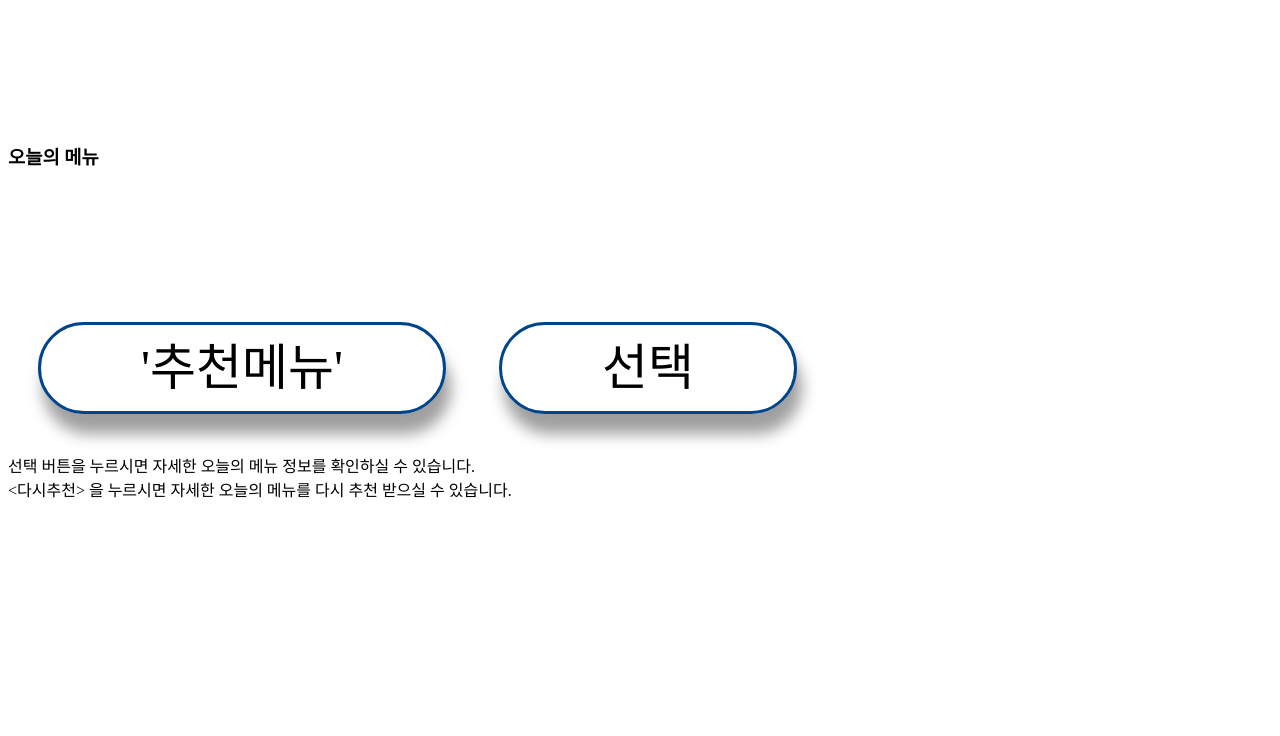
Repository: hkh00700/JustDoEat_Web
Page: http://localhost/justdoeat/WEB-INF/views/home.jsp
An editor plug-in stored every save of this project. The page is shown before and after the next save, followed by the edit.
The browser window is 1280 px wide. The pictures show the whole page.
The page is served by Tomcat 9. Nobody is signed in. Other server files are loaded and not shown. The template is opened directly, without the code that normally fills it, so the values that code supplies are empty.

Above is the page before, as saved 2021-05-18 02:36:04.

### justdoeat/src/main/webapp/WEB-INF/views/home.jsp
<%@ taglib uri="http://java.sun.com/jsp/jstl/core" prefix="c" %>
<%@ page language="java" contentType="text/html; charset=UTF-8"
    pageEncoding="UTF-8"%>
<html>
<head>
	<title>Home</title>
<style type="text/css">
.content {
height: 720px;
}

h3{
height: 300px;
line-height: 300px;
}
.content a{
width: 600px;
height: 120px;
margin: 40px 23px 42px 30px;
padding: 15px 100px 15px 100px;
border-radius: 60px;
box-shadow: 5px 20px 15px 0 rgba(0, 0, 0, 0.38);
border: solid 3px #00458a;
text-align: center;
font-size: 50px;
}

</style>
</head>
<body>
	<div class="content">
		<h3>오늘의 메뉴</h3>
		<a>'추천메뉴'</a><a>선택</a>
		<br/><br/><br/><br/>
		선택 버튼을 누르시면 자세한 오늘의 메뉴 정보를 확인하실 수 있습니다.<br/>
		<다시추천> 을 누르시면 자세한 오늘의 메뉴를 다시 추천 받으실 수 있습니다.

	</div>
</body>
</html>

After the next save:
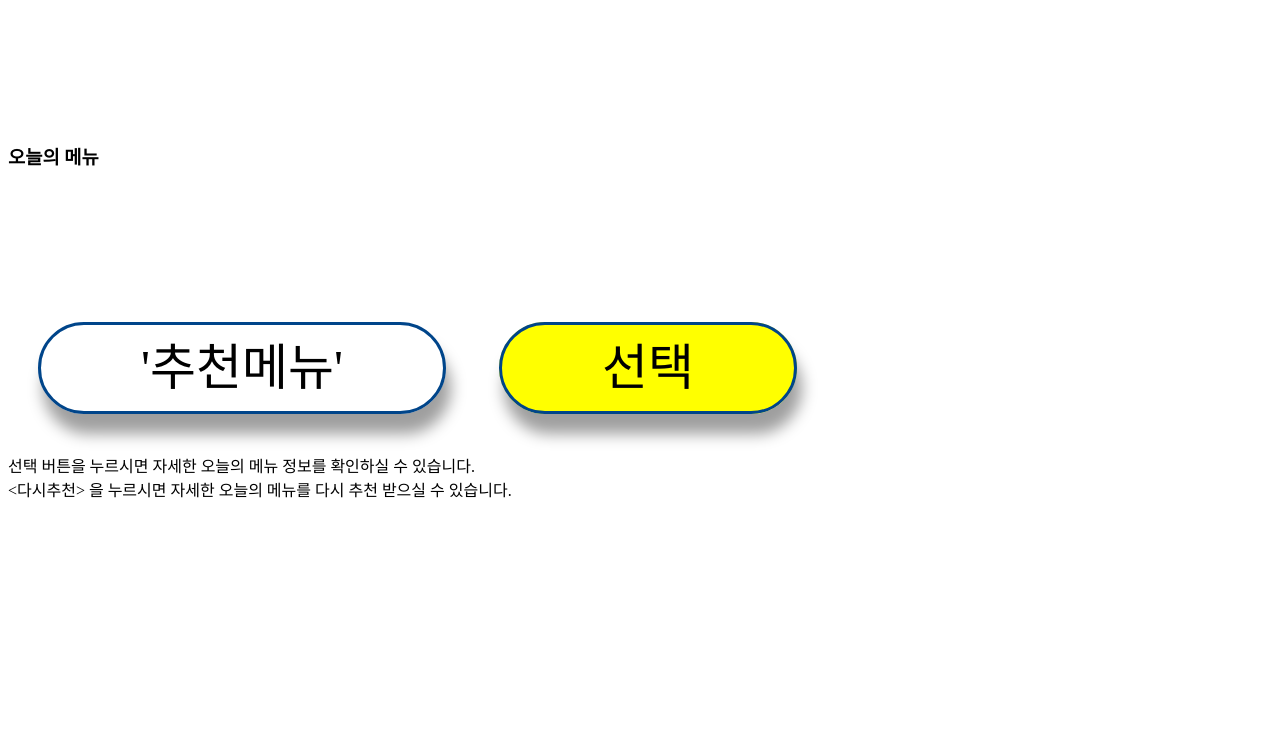
Saved 104 s later.
--- a/justdoeat/src/main/webapp/WEB-INF/views/home.jsp
+++ b/justdoeat/src/main/webapp/WEB-INF/views/home.jsp
@@ -24,13 +24,16 @@
 text-align: center;
 font-size: 50px;
 }
+.select{
+background-color: yellow;
+}
 
 </style>
 </head>
 <body>
 	<div class="content">
 		<h3>오늘의 메뉴</h3>
-		<a>'추천메뉴'</a><a>선택</a>
+		<a>'추천메뉴'</a><a class='select'>선택</a>
 		<br/><br/><br/><br/>
 		선택 버튼을 누르시면 자세한 오늘의 메뉴 정보를 확인하실 수 있습니다.<br/>
 		<다시추천> 을 누르시면 자세한 오늘의 메뉴를 다시 추천 받으실 수 있습니다.
